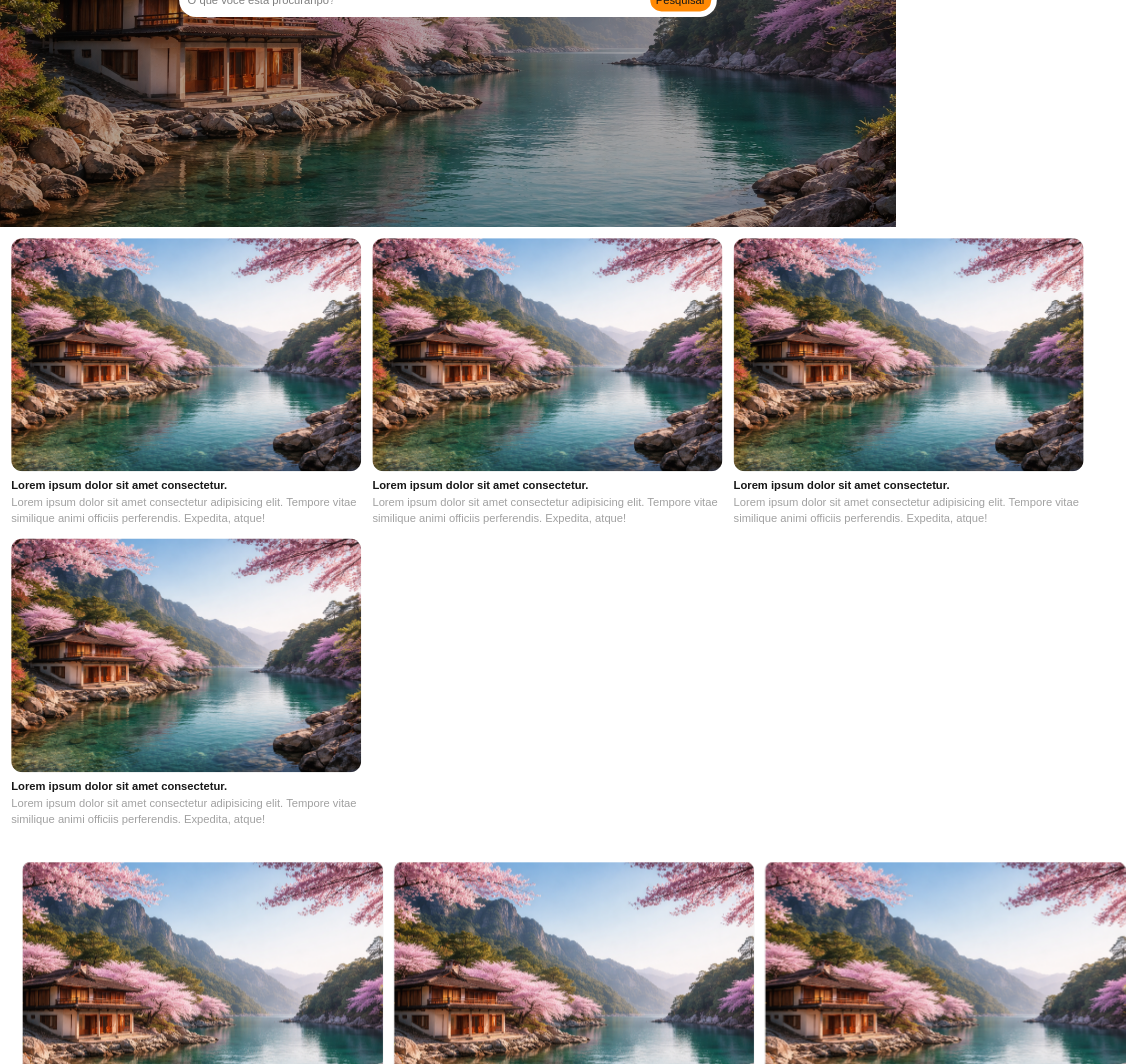
Repository: pedroantoniosi/tripicon-site
Page: /home
An editor plug-in stored every save of this project. The page is shown before and after the next save, followed by the edit.
The browser window is 1280 px wide. The page is 1640 px wide, so the pictures cover 1640 px, including what lies to the right of the window. The pictures show the part of the page from y = 395 to 1915 px (the page is 2803 px tall), at 70% of full size.
The project was rebuilt for these pictures with package versions that can differ from the ones it lists, and the page was loaded fresh each time. The framework's server and built-in components were replaced by stand-ins that run in the browser. Also part of the build but not shown: next.config.ts.

Above is the page before, as saved 2026-04-01 20:37:59.

After the next save:
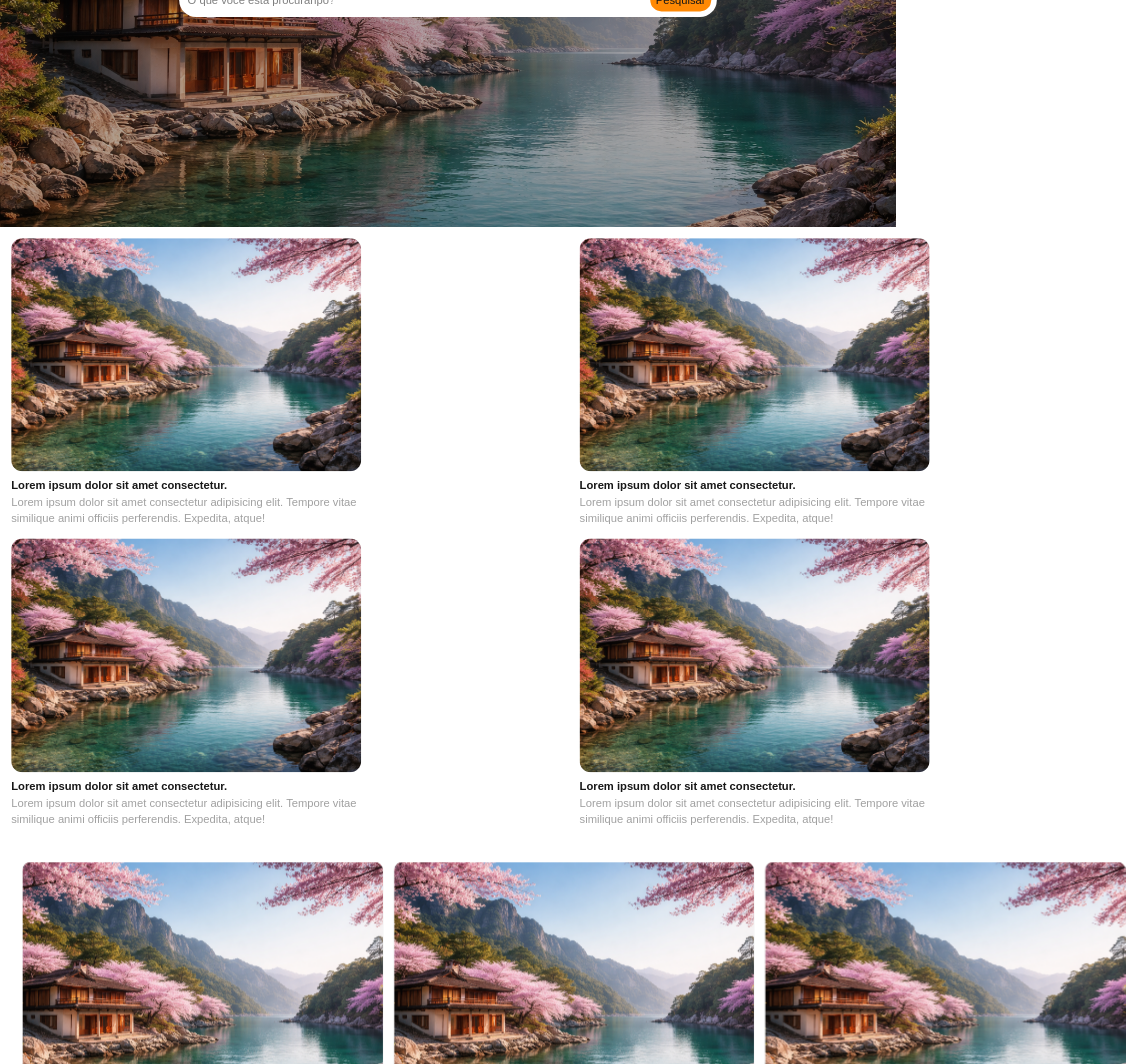
Saved 19 s later.
--- a/src/app/home/page.tsx
+++ b/src/app/home/page.tsx
@@ -59,7 +59,7 @@ export default function Home() {
 
       {/* Sessão de Novidades */}
       <Container>
-        <section className="flex flex-wrap p-2 gap-2 lg:p-4 lg:gap-4">
+        <section className="grid grid-cols-2 p-2 gap-2 lg:p-4 lg:gap-4">
           {Array.from({ length: 4 }).map((_, index) => (
             <div key={index} className="flex gap-2 lg:flex-col">
               <Image
